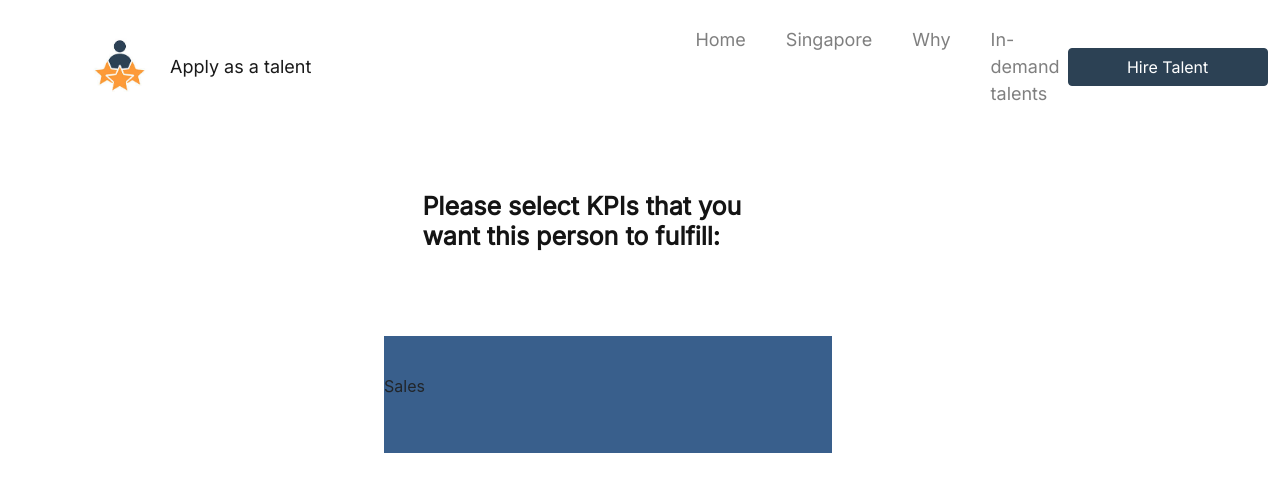
Repository: Ashwe9/talent-hire-reactJs
Page: /kpis
An editor plug-in stored every save of this project. The page is shown before and after the next save, followed by the edit.
The browser window is 1280 px wide. The pictures show the whole page.
The project was rebuilt for these pictures with package versions that can differ from the ones it lists, and the page was loaded fresh each time. A package was used in the major version that the imports need, not the one package.json lists. Also part of the build but not shown: src/homePage/components/TrustedBy/TrustedBy.css, src/homePage/components/TrustedBy/TrustedBy.js, src/homePage/components/Roles/Roles.css, src/homePage/components/Roles/Roles.js, src/homePage/components/homePageFooter/HomePageFooter.css, src/homePage/components/homePageFooter/HomePageFooter.js, src/homePage/HomePage.js, src/projectDetails/ProjectDetails.js.

Above is the page before, as saved 2022-08-18 13:57:32.

After the next save:
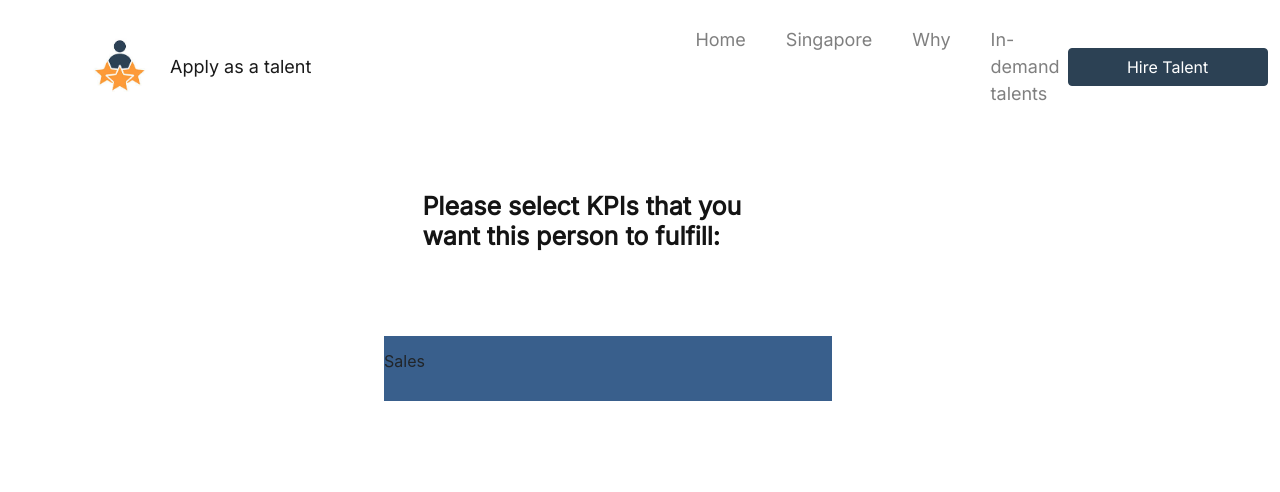
Saved 7 s later.
--- a/src/kpisPage/DropDown.css
+++ b/src/kpisPage/DropDown.css
@@ -1,8 +1,8 @@
 .dropdown-box{
     margin: 0px 30%;
     align-items: center;
-    padding-top: 3%;
-    padding-bottom: 3%;
+    padding-top: 1%;
+    padding-bottom: 1%;
     width: 35%;
     background-color: #395f8c;
 }
